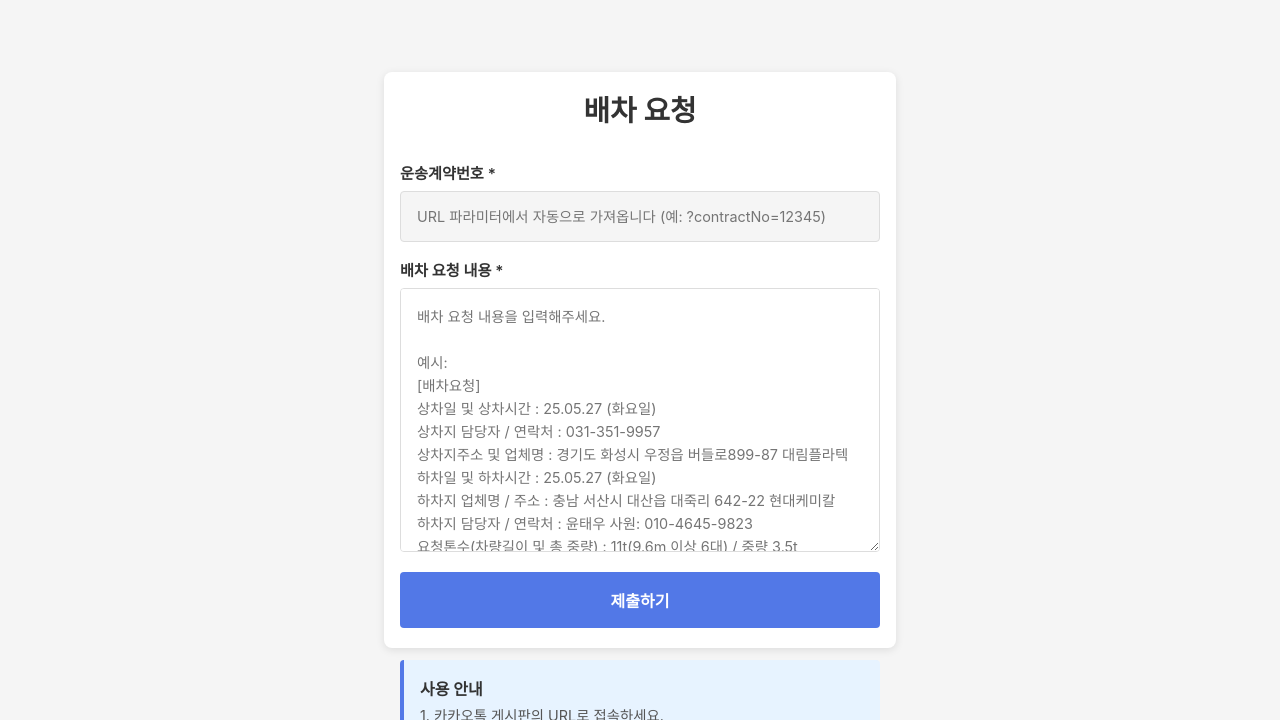
Repository: deul428/logis_transport
Page: / (app in frontend/)
The author's editor kept a copy of each file at every save. The page is drawn from the files as they stood at one save, then again after the next save.
The browser window is 1280 px wide. The pictures show the whole page.
The project was rebuilt for these pictures with package versions that can differ from the ones it lists, and the page was loaded fresh each time. Also part of the build but not shown: frontend/src/App.scss.

Above is the page before, as saved 2025-11-13 13:55:29.

### frontend/public/index.html
<!DOCTYPE html>
<html lang="en">
  <head>
    <meta charset="utf-8" />
    <link rel="icon" href="%PUBLIC_URL%/favicon.ico" />
    <meta name="viewport" content="width=device-width, initial-scale=1" />
    <meta name="theme-color" content="#000000" />
    <meta
      name="description"
      content="Web site created using create-react-app"
    />
    <link rel="apple-touch-icon" href="%PUBLIC_URL%/android-icon-192x192.png" />
    <!--
      manifest.json provides metadata used when your web app is installed on a
      user's mobile device or desktop. See https://developers.google.com/web/fundamentals/web-app-manifest/
    -->
    <link rel="manifest" href="%PUBLIC_URL%/manifest.json" />
    <!--
      Notice the use of %PUBLIC_URL% in the tags above.
      It will be replaced with the URL of the `public` folder during the build.
      Only files inside the `public` folder can be referenced from the HTML.

      Unlike "/favicon.ico" or "favicon.ico", "%PUBLIC_URL%/favicon.ico" will
      work correctly both with client-side routing and a non-root public URL.
      Learn how to configure a non-root public URL by running `npm run build`.
    -->
    <title>로지스 운송 오더</title>
  </head>
  <body>
    <div id="root"></div>
    <!--
      This HTML file is a template.
      If you open it directly in the browser, you will see an empty page.

      You can add webfonts, meta tags, or analytics to this file.
      The build step will place the bundled scripts into the <body> tag.

      To begin the development, run `npm start` or `yarn start`.
      To create a production bundle, use `npm run build` or `yarn build`.
    -->
  </body>
</html>

### frontend/src/App.js
import { useState, useEffect } from "react";
import "./App.scss";
import "./styles/transport.scss";

function App() {
  const [contractNo, setContractNo] = useState("");
  const [content, setContent] = useState("");
  const [isSubmitted, setIsSubmitted] = useState(false);

  useEffect(() => {
    // URL에서 계약 번호 파라미터 읽기
    const params = new URLSearchParams(window.location.search);
    const contractNoParam =
      params.get("contractNo") || params.get("contract") || "";

    if (contractNoParam) {
      setContractNo(contractNoParam);
    }
  }, []);

  // 구글 폼 제출
  const handleSubmit = async (e) => {
    e.preventDefault();

    if (!contractNo.trim()) {
      alert(
        "계약 번호가 없습니다. URL에 계약 번호를 포함해주세요. (예: ?contractNo=12345)"
      );
      return;
    }

    if (!content.trim()) {
      alert("배차 요청 내용을 입력해 주세요.");
      return;
    }

    try {
      // 제출 시간 생성 (한국 시간)
      const now = new Date();
      const koreaTimeOffset = 9 * 60; // 한국은 UTC+9
      const koreaTime = new Date(now.getTime() + koreaTimeOffset * 60 * 1000);
      const year = koreaTime.getFullYear();
      const month = String(koreaTime.getMonth() + 1).padStart(2, "0");
      const day = String(koreaTime.getDate()).padStart(2, "0");
      const hours = String(koreaTime.getHours()).padStart(2, "0");
      const minutes = String(koreaTime.getMinutes()).padStart(2, "0");
      const seconds = String(koreaTime.getSeconds()).padStart(2, "0");
      const submitTime = `${year}-${month}-${day} ${hours}:${minutes}:${seconds}`;

      const formData = new FormData();
      // 계약 번호 필드 (구글 폼의 entry ID로 변경 필요)
      formData.append("entry.1271596132", contractNo);
      // 배차 요청 내용 필드 (구글 폼의 entry ID로 변경 필요)
      formData.append("entry.1285765036", content);

      // 구글 폼 URL (실제 구글 폼 URL로 변경 필요)
      const googleFormUrl =
        "https://docs.google.com/forms/d/e/1FAIpQLSepUaIyU7xQX5y7V2-OXf7BZamqW1xnarS4jM8SswiHX2m2rA/formResponse";

      await fetch(googleFormUrl, {
        method: "POST",
        body: formData,
        mode: "no-cors",
      });

      setIsSubmitted(true);
    } catch (err) {
      alert("오류가 발생했습니다. 관리자에게 문의해 주세요.");
      console.error(err);
    }
  };

  const resetForm = () => {
    setContent("");
    setIsSubmitted(false);
  };

  return (
    <div id="transport">
      <div className="cntnt_box">
        <div className="transport_header">
          <h2>배차 요청</h2>
        </div>

        {/* 입력 폼 */}
        {!isSubmitted && (
          <div id="input_area">
            <form id="customForm" onSubmit={handleSubmit}>
              <div className="input_field">
                <label>운송계약번호 *</label>
                <input
                  type="text"
                  value={contractNo}
                  disabled
                  placeholder="URL 파라미터에서 자동으로 가져옵니다 (예: ?contractNo=12345)"
                  style={{
                    backgroundColor: "#f5f5f5",
                    cursor: "not-allowed",
                    color: "#666",
                  }}
                />
              </div>

              <div className="input_field">
                <label>배차 요청 내용 *</label>
                <textarea
                  name="content"
                  rows={10}
                  placeholder={`배차 요청 내용을 입력해주세요.

예시:
[배차요청]
상차일 및 상차시간 : 25.05.27 (화요일)
상차지 담당자 / 연락처 : 031-351-9957
상차지주소 및 업체명 : 경기도 화성시 우정읍 버들로899-87 대림플라텍
하차일 및 하차시간 : 25.05.27 (화요일)
하차지 업체명 / 주소 : 충남 서산시 대산읍 대죽리 642-22 현대케미칼
하차지 담당자 / 연락처 : 윤태우 사원: 010-4645-9823
요청톤수(차량길이 및 총 중량) : 11t(9.6m 이상 6대) / 중량 3.5t
수작업유무 Y/N : N
※요청차량대수 : 총 8대`}
                  value={content}
                  onChange={(e) => setContent(e.target.value)}
                />
              </div>

              <button type="submit">제출하기</button>
            </form>
          </div>
        )}

        {/* 결과 표시 영역 */}
        {isSubmitted && (
          <div id="result_area">
            <h2>접수가 완료되었습니다.</h2>
            <div id="submittedData" className="card">
              <div className="rows row_01">
                <h3>운송계약번호</h3>
                <p>{contractNo || "미입력"}</p>
              </div>
              <div className="rows row_02">
                <h3>배차 요청 내용</h3>
                <p style={{ whiteSpace: "pre-wrap", wordBreak: "break-word" }}>
                  {content}
                </p>
              </div>
            </div>
            <button id="newResponseLink" onClick={resetForm}>
              신규 접수하기
            </button>
          </div>
        )}

        {/* 안내 영역 */}
        {!isSubmitted && (
          <div id="desc_area">
            <div className="info_box">
              <h3>사용 안내</h3>
              <p>
                1. 카카오톡 게시판의 URL로 접속하세요.
                <br />
                2. 배차 요청 내용을 입력한 후 제출 버튼을 클릭하세요.
                <br />
                <br />
                문의사항은 담당자에게 연락해 주시기 바랍니다.
              </p>
            </div>
          </div>
        )}
      </div>
    </div>
  );
}

export default App;

### frontend/src/styles/transport.scss
.card {
  padding: 1rem;
  font-size: 0.9rem;
  margin: 0 auto;
  width: calc(100% - 4px - 2rem);
  border-radius: 0.5rem;
  margin-top: 1rem;
  background: white;
  box-shadow: 0 5px 10px 0 rgba(0, 0, 0, 0.064);
}
#transport {
  width: 100dvw;
  height: 100dvh;
  margin: 0 auto;
  min-height: 100vh;
  background-color: #f5f5f5;
  display: flex;
  justify-content: center;
  align-items: center;
  overflow: hidden;

  .cntnt_box {
    padding: 1rem;
    height: calc(80% - 2rem);
    width: calc(40% - 2rem);
    background-color: white;
    border-radius: 8px;
    box-shadow: 0 2px 8px rgba(0, 0, 0, 0.1);

    .transport_header {
      text-align: center;
      margin-bottom: 2rem;

      h2 {
        margin: 0 0 0.2rem;
        font-size: 1.8rem;
        color: #333;
      }
    }

    #input_area {
      margin-bottom: 1rem;
      width: 100%;

      form {
        margin: 0 auto;
        text-align: left;

        .input_field {
          margin-bottom: 1rem;

          label {
            display: block;
            margin-bottom: 8px;
            font-weight: 600;
            color: #333;
            font-size: 0.95rem;
          }

          input,
          textarea {
            font-size: 0.9rem;
            font-family: inherit;
            width: 100%;
            padding: 1rem;
            border: 1px solid #ddd;
            border-radius: 0.25rem;
            box-sizing: border-box;
            transition: border-color 0.3s;

            &:focus {
              outline: none;
              border-color: #5278e7;
            }

            &:disabled {
              background-color: #f5f5f5;
              cursor: not-allowed;
              color: #666;
            }
          }

          textarea {
            resize: vertical;
            line-height: 1.6;
          }
        }

        button[type="submit"] {
          width: 100%;
          padding: 1rem 0.5rem;
          background-color: #5278e7;
          color: white;
          border: none;
          border-radius: 0.25rem;
          font-size: 1rem;
          font-weight: 600;
          cursor: pointer;
          transition: background-color 0.3s;

          &:hover {
            background-color: #4268d6;
          }

          &:active {
            background-color: #3258c6;
          }
        }
      }
    }

    #result_area {
      width: 100%;
      text-align: center;

      h2 {
        margin: 0 0 1rem;
        font-size: 1.5rem;
        color: #333;
      }

      #submittedData {
        text-align: left;
        margin-bottom: 1rem;
        background-color: #f9f9f9;
        border-radius: 0.25rem;
        padding: 1rem;
        box-shadow: none;

        div.rows {
          width: 100%;
          margin-bottom: 1rem;

          &:last-child {
            margin-bottom: 0;
          }

          h3 {
            margin-top: 0;
            margin-bottom: 1rem;
            font-size: 1rem;
            color: #5278e7;
          }

          p {
            white-space: pre-wrap;
            word-break: break-word;
            overflow-wrap: break-word;
            margin: 0;
            color: #333;
            line-height: 1.6;
          }
        }
      }

      #newResponseLink {
        width: 100%;
        padding: 1rem;
        background-color: #6c757d;
        color: white;
        border: none;
        border-radius: 0.25rem;
        font-size: 0.95rem;
        font-weight: 600;
        cursor: pointer;
        transition: background-color 0.3s;
        margin-top: 1rem;

        &:hover {
          background-color: #5a6268;
        }
      }
    }

    #desc_area {
      width: 100%;
      margin-top: 2rem;

      .info_box {
        background-color: #e7f3ff;
        border-left: 0.25rem solid #5278e7;
        padding: 1rem;
        border-radius: 0.25rem;

        h3 {
          margin: 0 0 0.25rem;
          font-size: 1rem;
          color: #333;
        }

        p {
          margin: 0;
          font-size: 0.9rem;
          color: #555;
          line-height: 1.6;
        }
      }
    }
  }

  /* 반응형 */
  @media (max-width: 768px) {
    padding: 1rem;

    .cntnt_box {
      padding: 1rem;

      .transport_header h2 {
        font-size: 1.5rem;
      }

      #input_area form .input_field textarea {
        min-height: 250px;
      }
    }
  }
}

Loaded but not shown: frontend/src/index.js (common file); frontend/src/index.css (common file); frontend/src/reportWebVitals.js (common file)

After the next save:
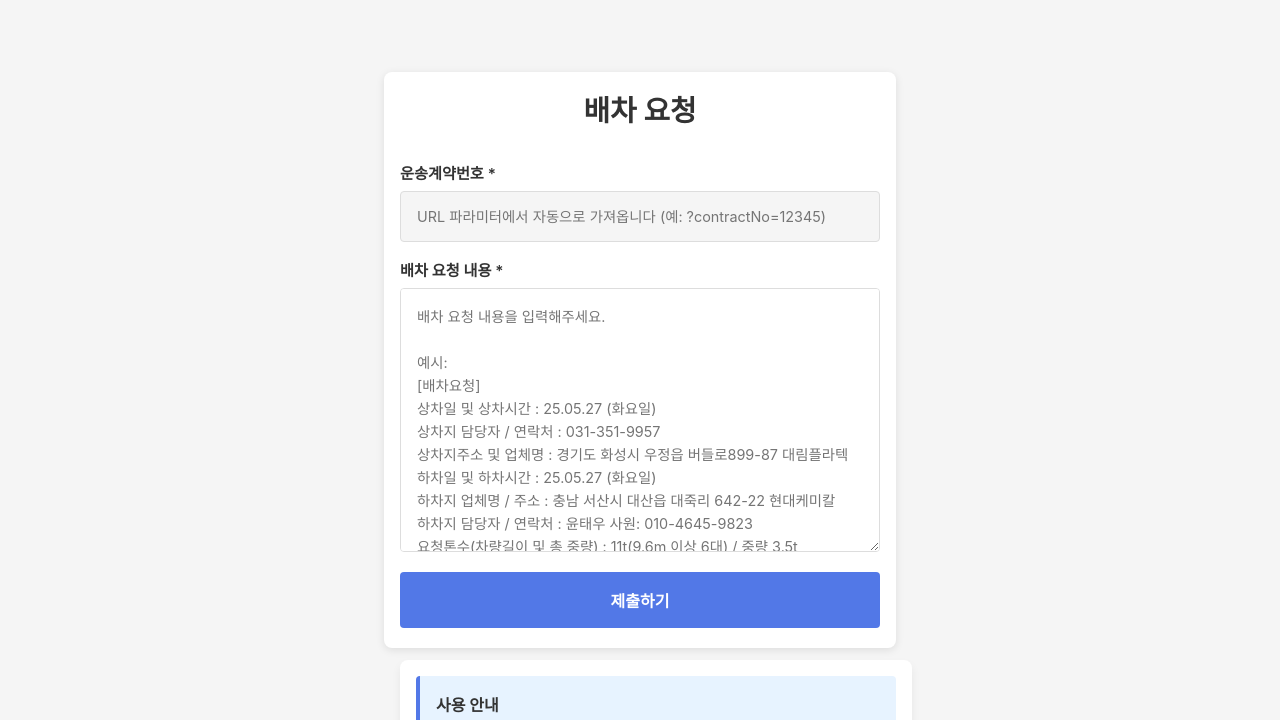
Saved 10 s later.
--- a/frontend/src/App.js
+++ b/frontend/src/App.js
@@ -153,7 +153,7 @@ function App() {
 
         {/* 안내 영역 */}
         {!isSubmitted && (
-          <div id="desc_area">
+          <div id="desc_area" className="card">
             <div className="info_box">
               <h3>사용 안내</h3>
               <p>
